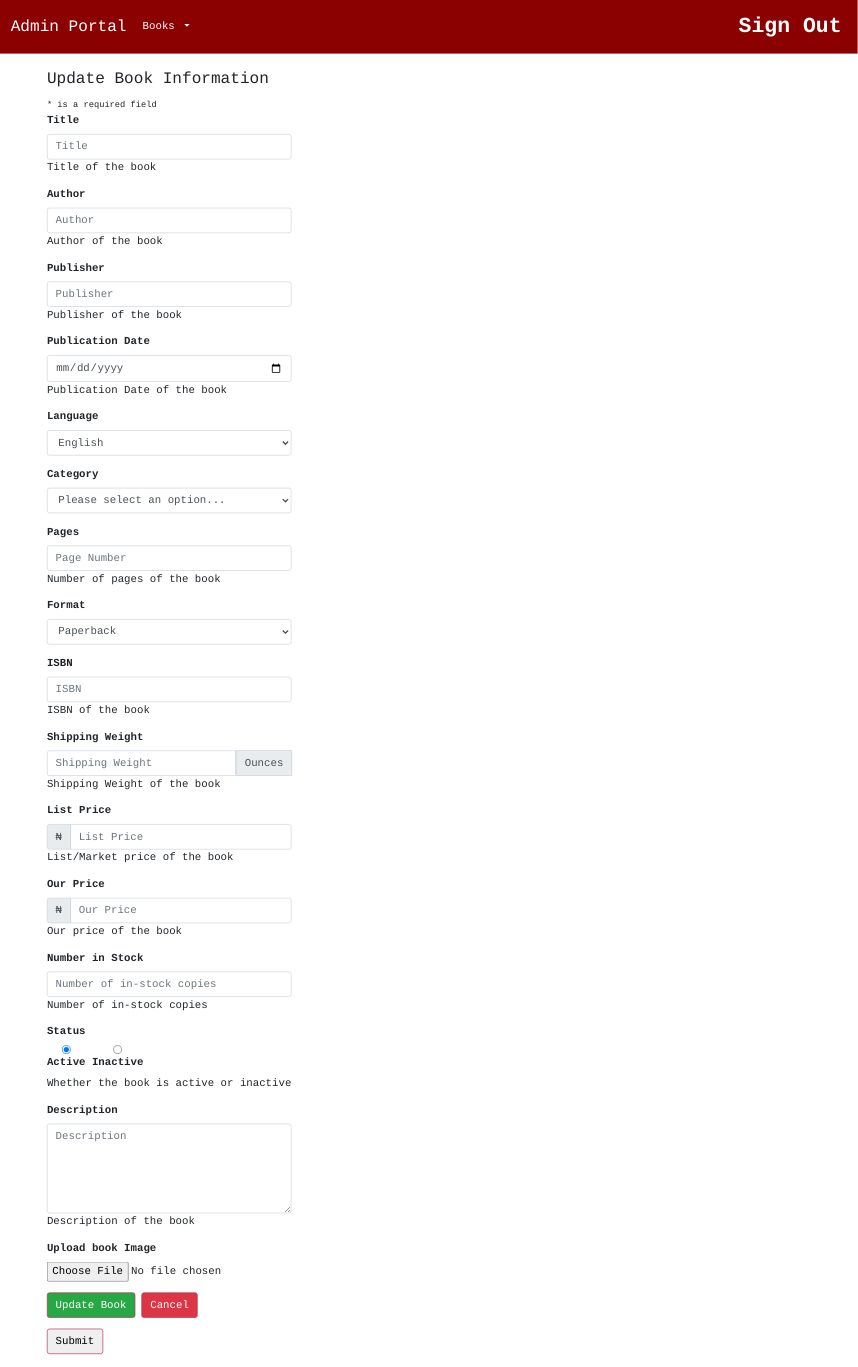
Repository: gbolahan146/trashmeout
Page: http://localhost/updateBook
The author's editor kept a copy of each file at every save. The page is drawn from the files as they stood at one save, then again after the next save.
The browser window is 1280 px wide. The pictures show the whole page, at 67% of full size.
The page is this project's Thymeleaf template; nobody is signed in. The template is opened directly, without the code that normally fills it, so the values that code supplies are empty.

Above is the page before, as saved 2020-05-28 19:18:47.

### adminportal/src/main/resources/templates/updateBook.html
<!doctype html>
<html lang="en" xmlns:th="http://www.w3.org/1999/xhtml">
<head th:replace="common/header :: common-header" />

<body>

	<div th:replace="common/header :: navbar" />

	<div class="container">
		<div class="row">
			<form class="form-horizontal" th:action="@{/book/updateBook}"
				method="post" enctype="multipart/form-data">
				<fieldset>
					<legend class="center-block"> Update Book Information </legend>
					<span style="font-size: small"> * is a required field</span>

					<input hidden="hidden" name="id" th:value="${book.id}" />

					<!-- title -->

					<div class="form-group">
						<label for="title">Title</label> <input type="text" name="title"
							class="form-control" id="title" th:value="${book.title}"
							required="required" placeholder="Title" /> <span
							class="help-block">Title of the book</span>
					</div>
					<!-- author -->
					<div class="form-group">
						<label for="title">Author</label> <input type="text" name="author"
							class="form-control" id="author" th:value="${book.author}"
							required="required" placeholder="Author" /> <span
							class="help-block">Author of the book</span>
					</div>

					<!-- publisher -->
					<div class="form-group">
						<label for="title">Publisher</label> <input type="text"
							name="publisher" class="form-control" id="publisher"
							th:value="${book.publisher}" placeholder="Publisher" /> <span
							class="help-block">Publisher of the book</span>
					</div>

					<!-- publication date -->
					<div class="form-group">
						<label for="publicationDate">Publication Date</label> <input
							name="publicationDate" type="date" class="form-control"
							id="publicationDate" th:value="${book.publicationDate}"
							placeholder="Publication Date" /> <span class="help-block">Publication
							Date of the book</span>
					</div>

					<!-- Language  -->
					<div class="form-group">
						<label class="col-xs-2 control-label" for="language">Language</label>
						<div class="col-xs-8">
							<select th:value="${book.language}" id="language" name="language"
								class="form-control">
								<option value="english">English</option>
								<option value="pidgin">Pidgin</option>
								<option value="yoruba">Yoruba</option>
								<option value="spanish">Spanish</option>
							</select>

						</div>
					</div>

					<!-- category  -->
					<div class="form-group">
						<label class="col-xs-2 control-label" for="category">
							Category</label>
						<div class="col-xs-8">
							<select th:value="${book.category}" id="category" name="category"
								class="form-control">
								<option value="" selected="selected" disabled="disabled">Please
									select an option...</option>
								<option value="Educational"
									th:selected="(${book.category}=='Educational')">Educational</option>
								<option value="Fiction"
									th:selected="(${book.category}=='Fiction')">Fiction</option>
								<option value="Storytelling"
									th:selected="(${book.category}=='Storytelling')">Storytelling</option>
								<option value="Management"
									th:selected="(${book.category}=='Management')">Management</option>
								<option value="Programming"
									th:selected="(${book.category}=='Programming')">Programming</option>
								<option value="Arts &amp; Literature"
									th:selected="(${book.category}=='Arts &amp; Literature')">Arts
									&amp; Literature</option>
								<option value="Manga" th:selected="(${book.category}=='Manga')">Manga</option>

							</select>

						</div>
					</div>

					<!-- pages -->
					<div class="form-group">
						<label for="pageNumber">Pages</label> <input type="number"
							class="form-control" id="pageNumber"
							th:value="${book.numberOfPages}" required="required"
							name="numberOfPages" placeholder="Page Number" /> <span
							class="help-block">Number of pages of the book</span>
					</div>

					<!-- format -->
					<div class="form-group">
						<label class="col-xs-2 control-label" for="format">Format</label>
						<div class="col-xs-8">
							<select th:value="${book.format}" id="format" name="format"
								class="form-control">
								<option value="paperback">Paperback</option>
								<option value="hardcover">Hard-cover</option>
								<option value="comic">Comic</option>
							</select>

						</div>
					</div>

					<!-- isbn -->
					<div class="form-group">
						<label for="isbn">ISBN</label> <input type="text"
							class="form-control" id="isbn" th:value="${book.isbn}"
							name="isbn" placeholder="ISBN" /> <span class="help-block">ISBN
							of the book</span>
					</div>

					<!-- Shipping weight -->
					<div class="form-group">
						<label class="col-xs-2 control-label" for="shippingWeight">Shipping
							Weight</label>
						<div class="col-xs-8">
							<div class="input-group">
								<input type="number" class="form-control" id="shippingWeight"
									name="shippingWeight" th:value="${book.shippingWeight}" step="0.01"
									placeholder="Shipping Weight" />

								<div class="input-group-prepend">
									<label class="input-group-text" for="inputGroupSelect01">Ounces</label>
								</div>

							</div>
							<span class="help-block"> Shipping Weight of the book</span>
						</div>
					</div>

					<!-- List Price -->
					<div class="form-group">
						<label class="col-xs-2 control-label" for="listPrice">List
							Price </label>
						<div class="col-xs-8">
							<div class="input-group">

								<div class="input-group-prepend">
									<label class="input-group-text" for="inputGroupSelect01">₦</label>
								</div>
								<input type="number" class="form-control" id="listPrice" step="0.01"
									name="listPrice" th:value="${book.listPrice}"
									placeholder="List Price" />
							</div>
							<span class="help-block"> List/Market price of the book</span>
						</div>
					</div>

					<!-- Our Price -->
					<div class="form-group">
						<label class="col-xs-2 control-label" for="ourPrice">Our
							Price </label>
						<div class="col-xs-8">
							<div class="input-group">
								<div class="input-group-prepend">
									<label class="input-group-text" for="inputGroupSelect01">₦</label>
								</div>
								<input type="number" class="form-control" id="ourPrice" step="0.01"
									name="ourPrice" th:value="${book.ourPrice}"
									placeholder="Our Price" />
							</div>
							<span class="help-block"> Our price of the book</span>
						</div>
					</div>

					<!-- In stock number -->
					<div class="form-group">
						<label class="col-xs-2 control-label" for="inStockNumber">Number
							in Stock </label>
						<div class="col-xs-8">
							<input type="number" class="form-control" id="inStockNumber"
								name="inStockNumber" th:value="${book.inStockNumber}"
								placeholder="Number of in-stock copies" />
						</div>
						<span class="help-block"> Number of in-stock copies</span>
					</div>

					<!--  status of book -->
					<div class="form-group">
						<label class="col-xs-2 control-label" for="status"> Status
						</label>
						<div class="col-xs-8">
							<label><input value="true" type="radio"
								class="form-control" checked="checked" name="active" /> Active
							</label> <label><input value="false" type="radio"
								class="form-control" name="active" />Inactive </label>
						</div>
						<span class="help-block"> Whether the book is active or
							inactive</span>
					</div>


					<!-- Description -->
					<div class="form-group">
						<label for="description">Description</label>
						<textarea class="form-control" rows="5" id="description"
							th:value="${book.description}" th:text="${book.description}"
							name="description" placeholder="Description"></textarea>
						<span class="help-block">Description of the book</span>
					</div>

					<!-- upload image -->
					<div class="form-group">

						<div class="col-xs-2">
							<label for="bookImage"> Upload book Image </label>

						</div>
						<div class="col-xs-8">
							<input id="bookImage" type="file" name="bookImage"
								th:value="${book.bookImage}" />
						</div>
					</div>

					<div class="form-group">
						<button type="submit"  class="btn btn-success">Update Book</button>
						<a class="btn btn-danger" th:href="@{/book/bookInfo(id=${book.id})}">Cancel</a>
					</div>


					<button type="submit" class="btn btn-default">Submit</button>
				</fieldset>
			</form>
		</div>
	</div>




	<div th:replace="common/header :: body-bottom-scripts" />

</body>
</html>

### adminportal/src/main/resources/templates/common/header.html
<!doctype html>
<html lang="en" xmlns:th="http://www.w3.org/1999/xhtml"
	xmlns:sec="http://www.w3.org/1999/xhtml">
<head th:fragment="common-header">
<meta charset="utf-8">
<meta http-equiv="X-UA-Compatible" content="IE=edge">
<meta name="viewport" content="width=device-width, initial-scale=1">


<title>TrashMeOut BookStore</title>

<!-- Bootstrap core CSS -->
<link th:href="@{/css/bootstrap.min.css}" rel="stylesheet" />



<!-- Custom styles for this template -->
<link th:href="@{/css/style.css}" rel="stylesheet" />
<link rel="icon" href="/images/education.png" />



<style>
.custom-toggler .navbar-toggler {
            border-color: lightgreen;
        }
.custom-toggler .navbar-toggler-icon {
     background-color: white;
        }
</style>

</head>

<body>
	<div th:fragment="navbar" >
		<nav style="background-color: darkred; color:white;"
			class="navbar navbar-expand-lg navbar-dark navbar-static-top">

			<a style="color:white; font-size:24px;" class="navbar-brand" th:href="@{/}">Admin Portal</a>
			<button class="navbar-toggler" type="button" data-toggle="collapse"
				data-target="#navbarSupportedContent"
				aria-controls="navbarSupportedContent" aria-expanded="false"
				aria-label="Toggle navigation">
				<span class="navbar-toggler-icon">

          </span>
			</button>

			<div class="collapse navbar-collapse" id="navbarSupportedContent">
				<ul class="navbar-nav mr-auto">
					<li class="nav-item dropdown"><a style="color:white;"
						class="nav-link dropdown-toggle " href="#" id="navbarDropdown"
						role="button" data-toggle="dropdown" aria-haspopup="true"
						aria-expanded="false"> Books </a>
						<div class="dropdown-menu" aria-labelledby="navbarDropdown">

							<a class="dropdown-item" th:href="@{/book/add}">Add a new book</a>
								<div class="dropdown-divider"></div>
							 <a
								class="dropdown-item" th:href="@{/book/bookList}">View book list </a>


						</div></li>
				</ul>
				<ul class="navbar-nav "  style="font-weight: bolder; margin-left:10%; font-size:2rem;">
					<li class="nav-item"><a style="color:white;" class="nav-link" th:href="@{/logout}">Sign Out</a></li>
				</ul>
			</div>
		</nav>
	</div>

	<div th:fragment="body-bottom-scripts">
		<script th:src="@{/js/jquery-3.2.1.min.js}"></script>
		<script th:src="@{/js/bootstrap.min.js}"></script>
	</div>
</body>
</html>

### adminportal/src/main/resources/static/css/style.css
body {

  padding-bottom: 20px;
  font-family: Courier;
}

.navbar {
  margin-bottom: 20px;
}

.box{
	border: 1px solid red;
}

.active{
	background-color: black;
}

.container{
	width: 90%;
}

hr {
	border: none;
	color: #333;
	background-color: #333;
	height: 1px;
}

.home-headline{
	font-family: 'Times New Roman',Times,serif;

	margin: auto;
	font-size: 24px;
	color: #fff;
	text-align: center;
	margin-top: 30px;

}

.home-headline span{
	background-color: #231F20;
	padding: 5px 22px;
}

.btn:hover{
	color: white;
	background-color: #b2375c;
}

.nav-item:hover{
	color:white;
}

.btn{
	border: 1px solid #b2375c
}

.section-headline{
		font-family: 'Times New Roman',Times,serif;

	margin: auto;
	font-size: 24px;
	color: #fff;
	text-align: center;
	margin-top: 90px;
}
.section-headline span{
	background-color: #231F20;
	padding: 5px 22px;
}

label{
	font-weight: bold;
}

Loaded but not shown: adminportal/src/main/resources/static/css/bootstrap.min.css (library); adminportal/src/main/resources/static/js/jquery-3.2.1.min.js (library); adminportal/src/main/resources/static/js/bootstrap.min.js (library)

After the next save:
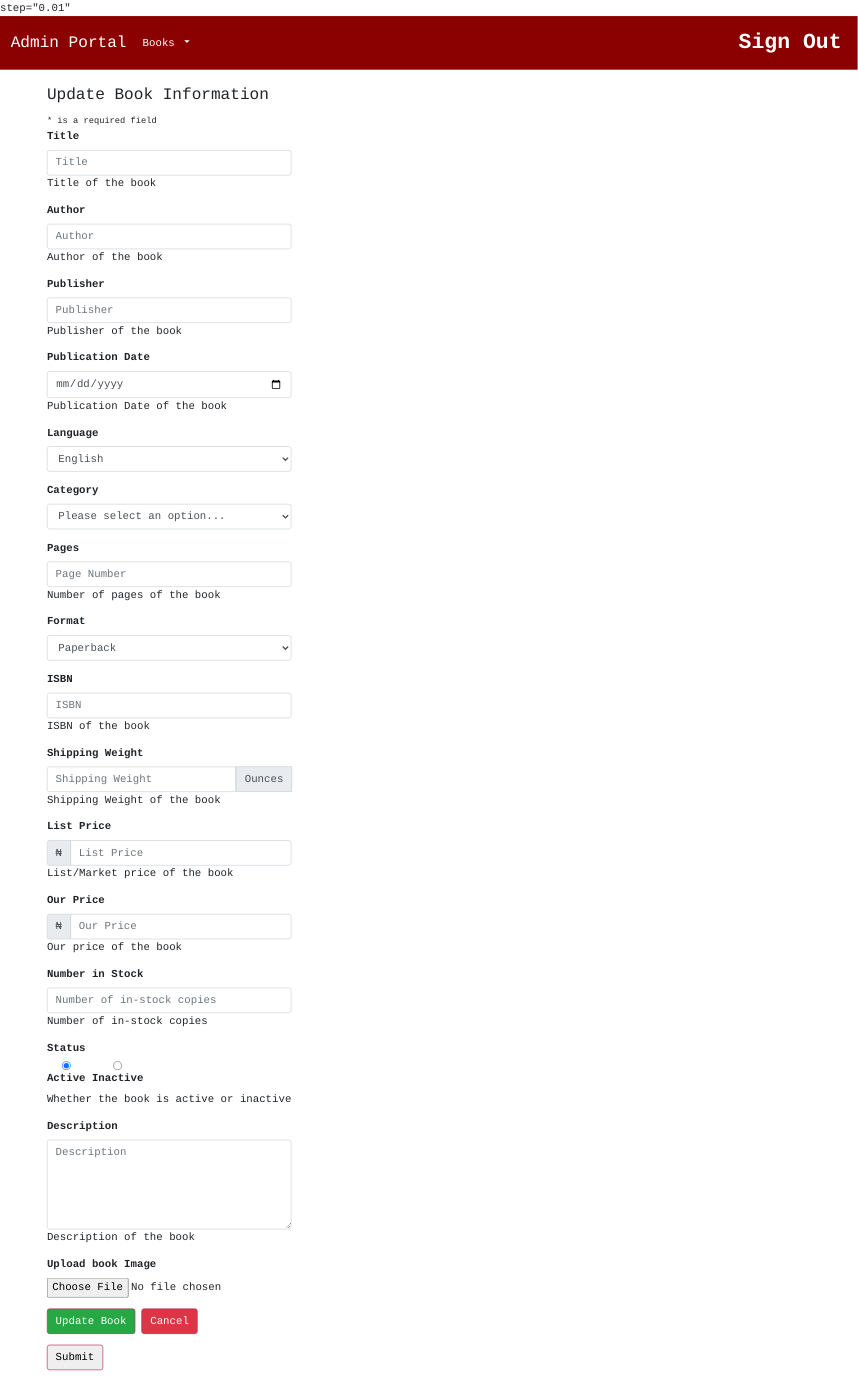
Saved 9 s later.
--- a/adminportal/src/main/resources/templates/common/header.html
+++ b/adminportal/src/main/resources/templates/common/header.html
@@ -18,7 +18,7 @@
 <link th:href="@{/css/style.css}" rel="stylesheet" />
 <link rel="icon" href="/images/education.png" />
 
-
+step="0.01"
 
 <style>
 .custom-toggler .navbar-toggler {
